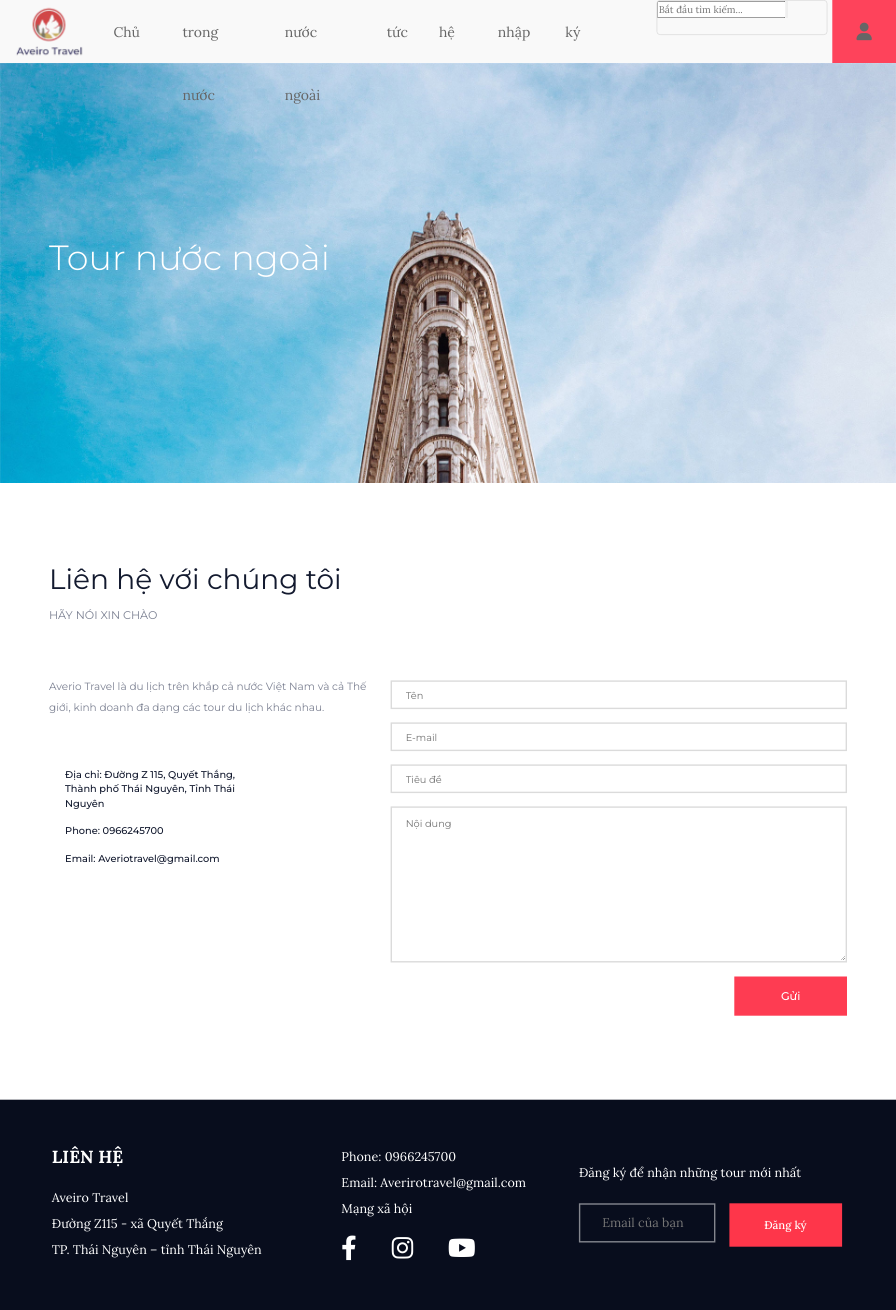
Repository: tuan842001/demotest
Page: /contact
These files come from the project's save history. The page is drawn as it stood at one moment and after the next save; the edit follows.
The browser window is 1280 px wide. The pictures show the whole page, at 70% of full size.
The project was rebuilt for these pictures with package versions that can differ from the ones it lists, and the page was loaded fresh each time. Also part of the build but not shown: src/components/header/HeaderHome.jsx, src/components/top/top.css, src/components/post/post.css, src/components/post/Post.jsx, src/components/intourPost/intourPost.css, src/components/intourPost/IntourPost.jsx, src/components/posts/posts.css, src/components/posts/Posts.jsx and 20 more.

Above is the page before, as saved 2021-10-16 23:13:17.

After the next save:
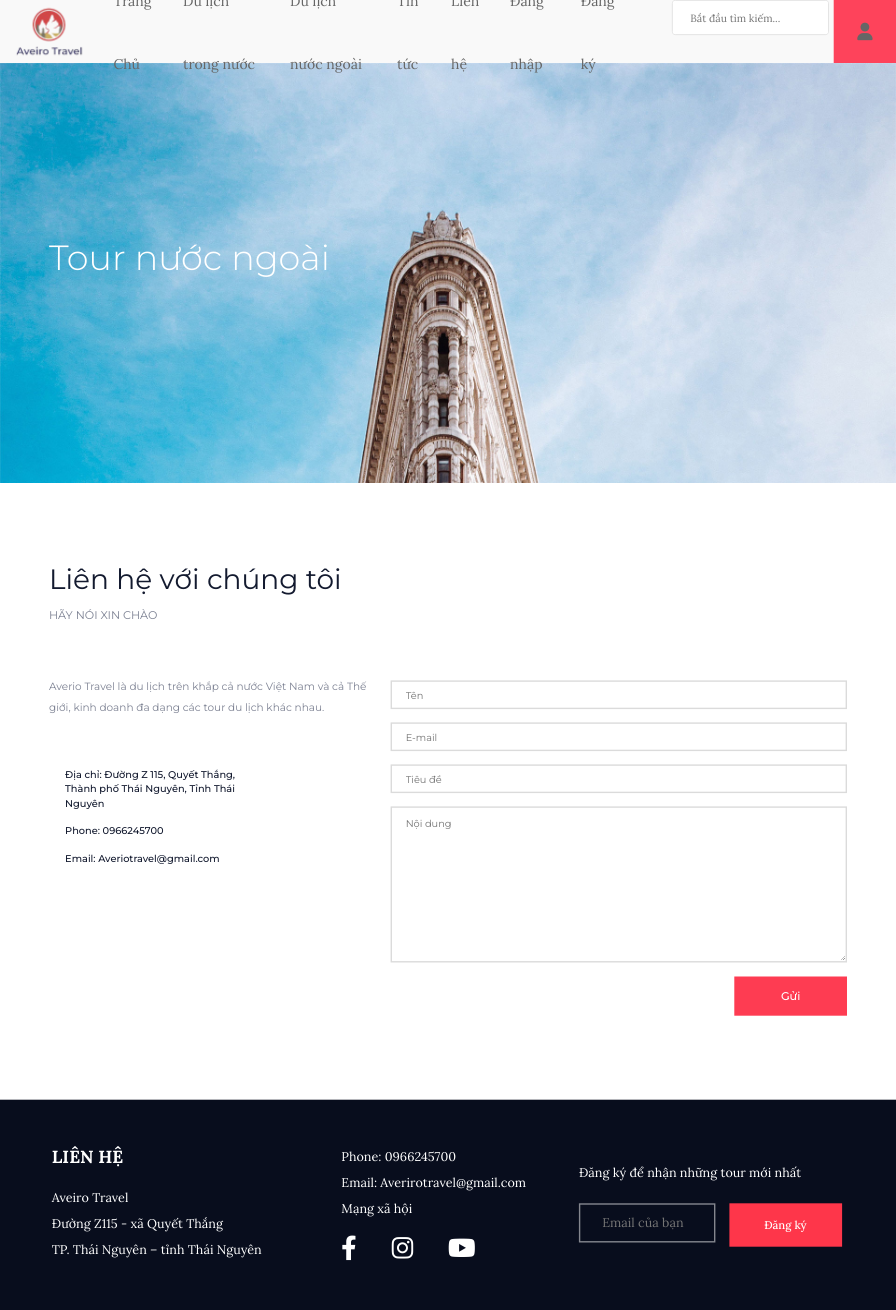
Saved 10 s later.
--- a/src/components/topbar/topbar.css
+++ b/src/components/topbar/topbar.css
@@ -99,9 +99,9 @@
     position: relative;
     overflow: hidden;
 }
-.header .right .form-search form input[type=text] {
+.topSeach form input[type=text] {
     width: 90%;
-height: 100%;
+    height: 100%;
     width: 100%;
     padding: 0 25px;
     color: #2d4271;
